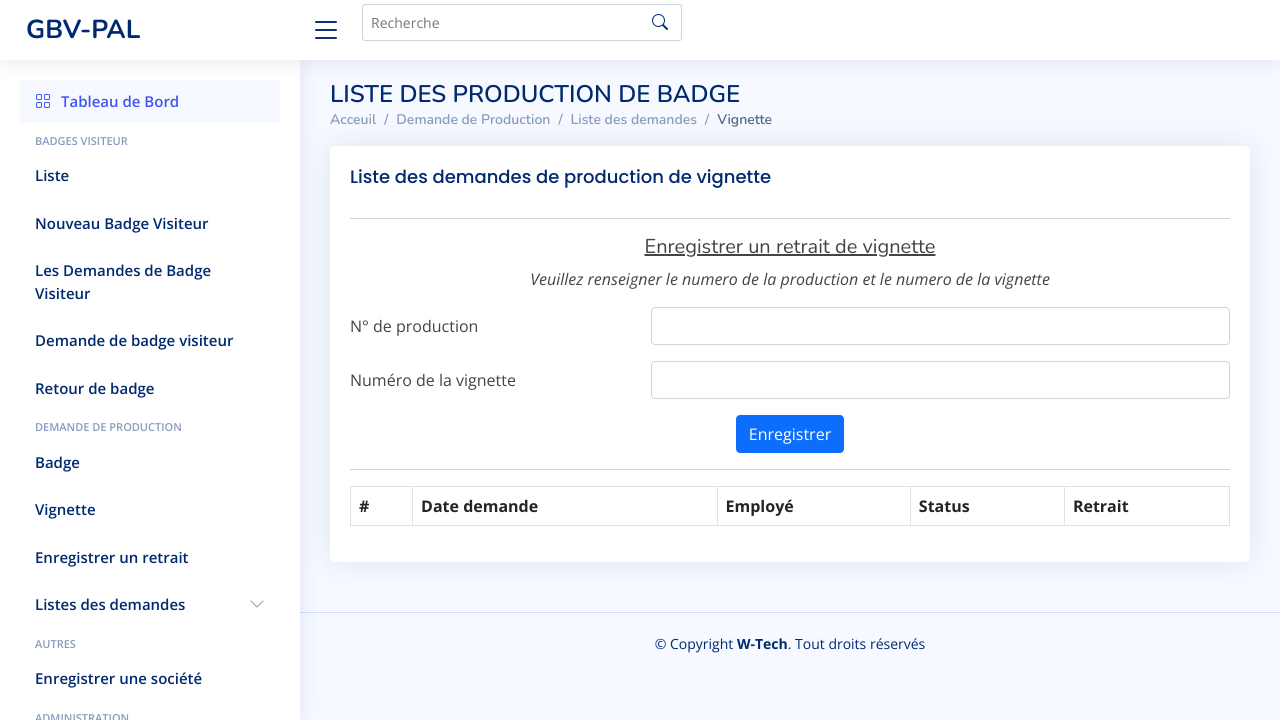
Repository: sh4dow28/gbv-pal-web
Page: http://localhost/productions/vignettes/request
The author's editor kept a copy of each file at every save. The page is drawn from the files as they stood at one save, then again after the next save.
The browser window is 1280 px wide. The pictures show the whole page.
The page is served by the project's Laravel application, run on PHP 8.4 with Laravel 9. Queries for data that is not in the repository find no rows.

Above is the page before, as saved 2023-02-12 17:46:45.
Console error: TypeError: $(...).DataTable is not a function

After the next save:
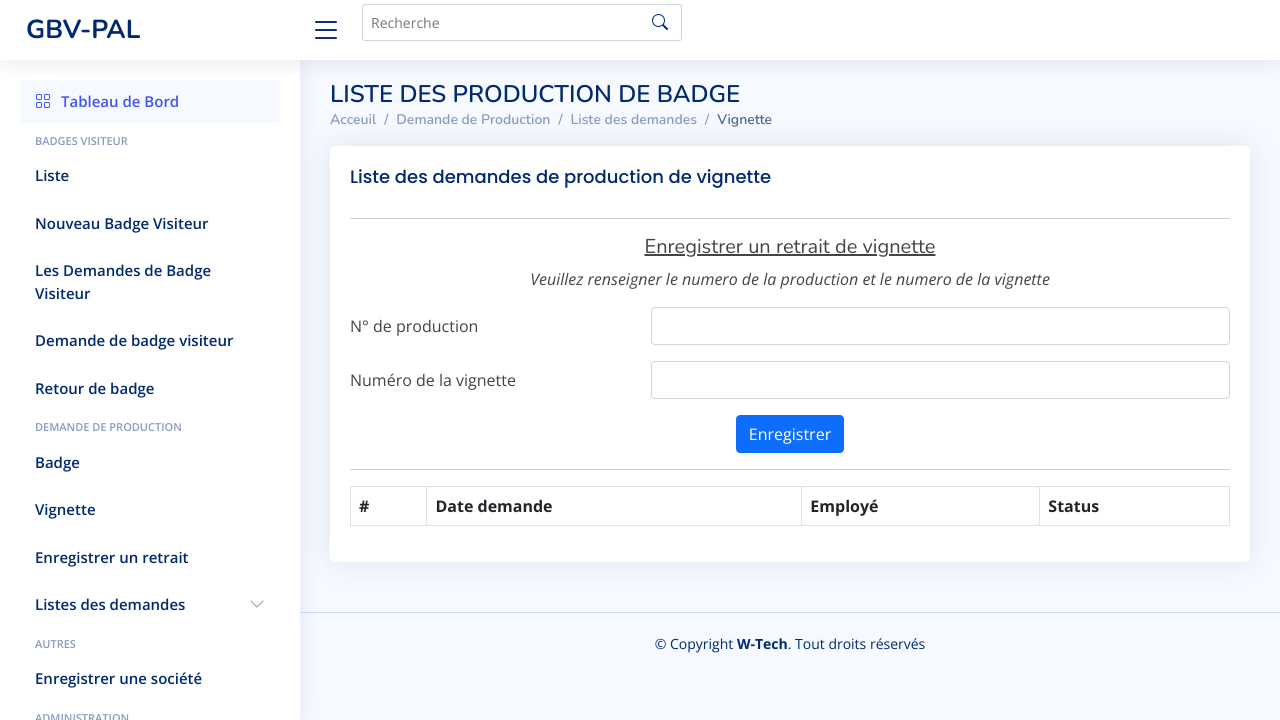
Saved 32 s later.
--- a/resources/views/pages/productions-vignettes.blade.php
+++ b/resources/views/pages/productions-vignettes.blade.php
@@ -83,7 +83,6 @@
                                         <th scope="col">Date demande</th>
                                         <th scope="col">Employé</th>
                                         <th scope="col">Status</th>
-                                        <th scope="col">Retrait</th>
                                     </tr>
                                 </thead>
                                 <tbody>
@@ -100,16 +99,6 @@
                                             </td>
                                             <td scope="row">
                                                 {{ $row->statProd }}
-                                            </td>
-                                            <td scope="row" class="text-center">
-                                                @if ($row->statProd != 'Terminé')
-                                                    <a class="btn btn-success cursor-pointer " data-bs-toggle="modal"
-                                                        data-bs-target="#returnbadgemodal">
-                                                        <i class="bi bi-check-circle"></i>
-                                                    </a>
-                                                @else
-                                                    <i>Retiré</i>
-                                                @endif
                                             </td>
                                         </tr>
                                     @endforeach
